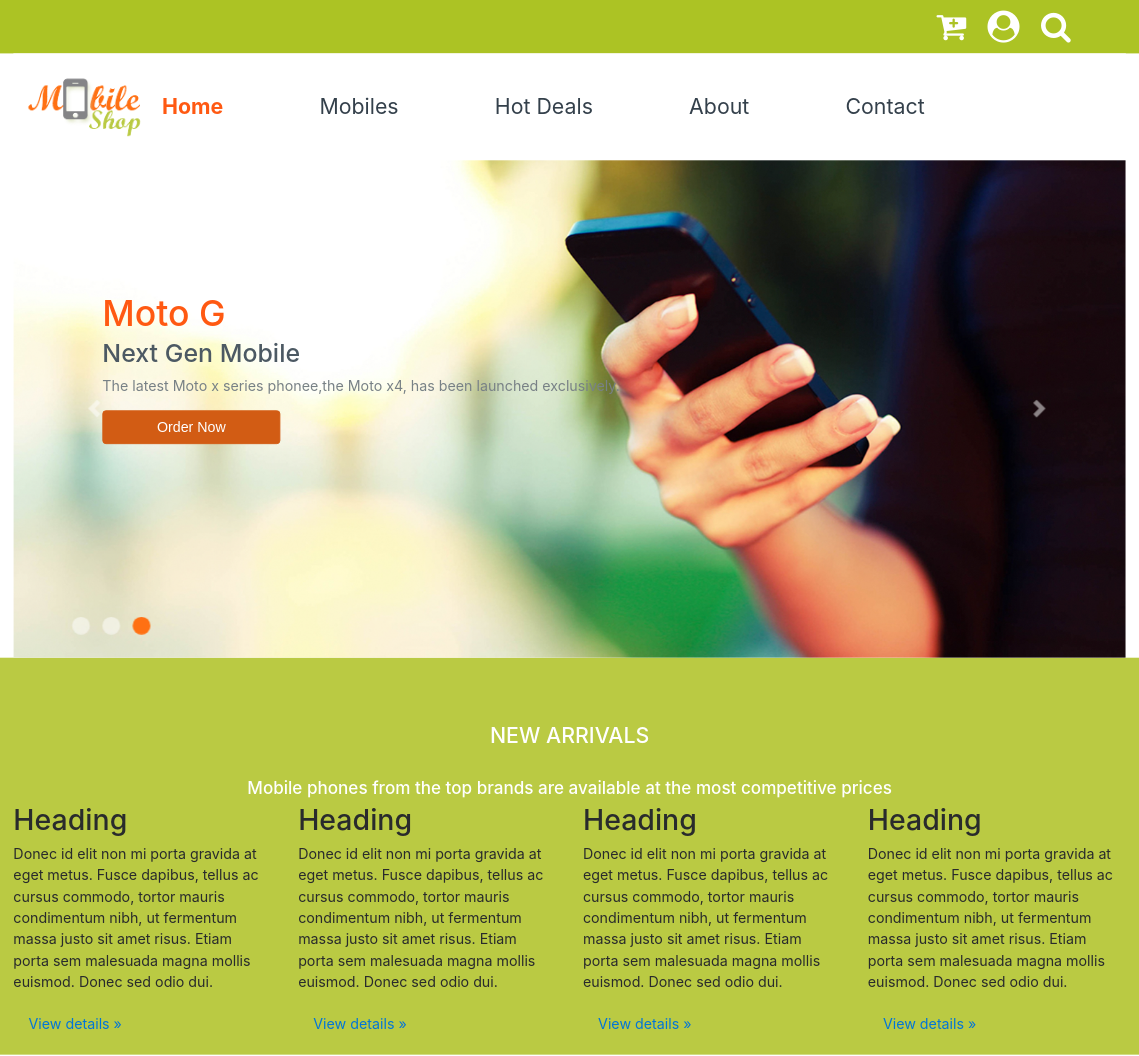
Repository: rajmohanr/mobile
Page: index.html
These files come from the project's save history. The page is drawn as it stood at one moment and after the next save; the edit follows.
The browser window is 1280 px wide. The pictures show the whole page, at 89% of full size.

Above is the page before, as saved 2018-03-31 13:35:13.
Console error (its wording comes from the project's code and is left out).

### index.html
<!DOCTYPE html>
<html lang="en">
  <head>
    <meta charset="utf-8">
    <meta http-equiv="X-UA-Compatible" content="IE=edge">
    <meta name="viewport" content="width=device-width, initial-scale=1">

    <title>Bootstrap 4, from LayoutIt!</title>

    <meta name="description" content="Source code generated using layoutit.com">
    <meta name="author" content="LayoutIt!">

    <link href="css/bootstrap.min.css" rel="stylesheet">
	<link href="css/style.css" rel="stylesheet">
	<link rel="stylesheet" href="https://cdnjs.cloudflare.com/ajax/libs/font-awesome/4.7.0/css/font-awesome.min.css">

  </head>
  <body>

    <div class="container-fluid">
	<div class="row">
		<div class="col-md-12">
			<div class="row">
				<div class="col-md-12 top-bar">
					<a href="#" class="top-bar-icons last-icon"><i class="fa fa-search"  style="font-size:36px;color:white;"></i></a>
					<a href="#" class="top-bar-icons"><i class="fa fa-user-circle"  style="font-size:36px;color:white;"></i></a>
					<a href="#" class="top-bar-icons"><i class="fa fa-cart-plus"  style="font-size:36px;color:white;"></i></a>
				</div>
			</div>
			<nav class="navbar navbar-toggleable-md navbar-light bg-faded">

				<button class="navbar-toggler navbar-toggler-right" type="button" data-toggle="collapse" data-target="#bs-example-navbar-collapse-1">
					<span class="navbar-toggler-icon"></span>
				</button> <a class="navbar-brand" href="#"><img src="images/logo.png" /></a>
				<div class="collapse navbar-collapse" id="bs-example-navbar-collapse-1">
					<ul class="navbar-nav float-md-right">
						<li class="nav-item active">
							 <a class="nav-link" href="#">Home <span class="sr-only">(current)</span></a>
						</li>
						<li class="nav-item">
							 <a class="nav-link" href="#">Mobiles</a>
						</li>
						<li class="nav-item">
								<a class="nav-link" href="#">Hot Deals</a>
						</li>
						<li class="nav-item">
								<a class="nav-link" href="#">About</a>
						</li>
						<li class="nav-item">
								<a class="nav-link" href="#">Contact</a>
						</li>
					</ul>
				</div>
			</nav>

			<div class="row">
				<div class="col-md-12">
					<div class="carousel slide" id="carousel-452932">
						<ol class="carousel-indicators">
							<li data-slide-to="0" data-target="#carousel-452932">
							</li>
							<li data-slide-to="1" data-target="#carousel-452932">
							</li>
							<li data-slide-to="2" data-target="#carousel-452932" class="active">
							</li>
						</ol>
						<div class="carousel-inner">
							<div class="carousel-item">
								<img class="d-block w-100" alt="Carousel Bootstrap First" src="images/carosuel.png" />
								<div class="carousel-caption">
									<h4>
										Moto G
									</h4>
									<h3>
										Next Gen Mobile
									</h3>
									<p>
										The latest Moto x series phonee,the Moto x4, has been launched exclusively.
									</p>
									<button type="button" class="btn btn-primary">Order Now</button>
								</div>
							</div>
							<div class="carousel-item">
								<img class="d-block w-100" alt="Carousel Bootstrap Second" src="images/carosuel.png" />
								<div class="carousel-caption">
									<h4>
										Moto G
									</h4>
									<h3>
										Next Gen Mobile
									</h3>
									<p>
										The latest Moto x series phonee,the Moto x4, has been launched exclusively.
									</p>
									<button type="button" class="btn btn-primary">Order Now</button>
								</div>
							</div>
							<div class="carousel-item active">
								<img class="d-block w-100" alt="Carousel Bootstrap Third" src="images/carosuel.png" />
								<div class="carousel-caption">
									<h4>
										Moto G
									</h4>
									<h3>
										Next Gen Mobile
									</h3>
									<p>
										The latest Moto x series phonee,the Moto x4, has been launched exclusively.
									</p>
									<button type="button" class="btn btn-primary">Order Now</button>
								</div>
							</div>
						</div> <a class="carousel-control-prev" href="#carousel-452932" data-slide="prev"><span class="carousel-control-prev-icon"></span> <span class="sr-only">Previous</span></a> <a class="carousel-control-next" href="#carousel-452932" data-slide="next"><span class="carousel-control-next-icon"></span> <span class="sr-only">Next</span></a>
					</div>
				</div>
			</div>

		</div>
	</div>
	<div id="middle-wrapper" class="row">
		<div class="col-md-12">
			<div id="middle-title" class="row">
				<div class="col-md-12">
					<h1 class="text-center">
							NEW ARRIVALS
					</h1>
					<h2 class="text-center">
						Mobile phones from the top brands are available at the most competitive prices
					</h2>
				</div>
			</div>
			<div id="middle-box" class="row">
				<div class="col-md-3 middle-box-cont">
					<h2>
						Heading
					</h2>
					<p>
						Donec id elit non mi porta gravida at eget metus. Fusce dapibus, tellus ac cursus commodo, tortor mauris condimentum nibh, ut fermentum massa justo sit amet risus. Etiam porta sem malesuada magna mollis euismod. Donec sed odio dui.
					</p>
					<p>
						<a class="btn" href="#">View details »</a>
					</p>
				</div>
				<div class="col-md-3 middle-box-cont">
					<h2>
						Heading
					</h2>
					<p>
						Donec id elit non mi porta gravida at eget metus. Fusce dapibus, tellus ac cursus commodo, tortor mauris condimentum nibh, ut fermentum massa justo sit amet risus. Etiam porta sem malesuada magna mollis euismod. Donec sed odio dui.
					</p>
					<p>
						<a class="btn" href="#">View details »</a>
					</p>
				</div>
				<div class="col-md-3 middle-box-cont">
					<h2>
						Heading
					</h2>
					<p>
						Donec id elit non mi porta gravida at eget metus. Fusce dapibus, tellus ac cursus commodo, tortor mauris condimentum nibh, ut fermentum massa justo sit amet risus. Etiam porta sem malesuada magna mollis euismod. Donec sed odio dui.
					</p>
					<p>
						<a class="btn" href="#">View details »</a>
					</p>
				</div>
				<div class="col-md-3 middle-box-cont">
					<h2>
						Heading
					</h2>
					<p>
						Donec id elit non mi porta gravida at eget metus. Fusce dapibus, tellus ac cursus commodo, tortor mauris condimentum nibh, ut fermentum massa justo sit amet risus. Etiam porta sem malesuada magna mollis euismod. Donec sed odio dui.
					</p>
					<p>
						<a class="btn" href="#">View details »</a>
					</p>
				</div>
			</div>
		</div>
	</div>
	<div class="row">
		<div class="col-md-12">
		</div>
	</div>
</div>

    <script src="js/jquery.min.js"></script>
    <script src="js/bootstrap.min.js"></script>
    <script src="js/scripts.js"></script>
  </body>
</html>

### css/style.css
.top-bar{
    height: 60px;
    background-color: #acc324;
}

.top-bar-icons{
    float: right;
    padding: 12px;
    position: relative;
}

.last-icon{
    margin-right: 50px;
}

.navbar{
    height: 120px;
    background-color: #fff;
}

.navbar-light .navbar-nav .active>.nav-link, .navbar-light .navbar-nav .nav-link.active, .navbar-light .navbar-nav .nav-link.open, .navbar-light .navbar-nav .open>.nav-link{
    color: #ff5912!important;
    font-weight: bold;
    font-size: 24px;
}

.navbar-nav .nav-link{
    padding-right: 100px!important;
}

.navbar-light .navbar-nav .nav-link{
    color: #34404b!important;
    font-size: 24px;
}

.carousel-caption{
    text-align: left!important;
    left: 100px!important;
    bottom: 0px!important;
    top:130px!important;
}

.carousel-caption h4{
    color: #ff5912!important;
    font-size: 2.5rem!important;
}

.carousel-caption h3{
    color: #4C5963!important;
}

.carousel-caption p{
    color: #788186!important;
}
.btn-primary{
    color: #fff;
    background-color: #D25C14!important;
    border-color: #D25C14!important;
    width: 200px;
}

.carousel-indicators li {
    border-radius: 12px;
    width: 20px;
    height: 20px;
    max-width: 20px!important;
    margin-right: 1%;
}
.carousel-indicators {
    margin-right: 5%!important;
    margin-left: 5%!important;
    justify-content: left!important;
}

.carousel-indicators .active {
    background-color: #FF7013!important;
}

#middle-wrapper{
    background-color: #BACA43;
}

#middle-title h1{
    font-size: 1.5rem;
    color: #fff;
    margin-top: 75px;
}

#middle-title h2{
    font-size: 1.2rem;
    color: #fff;
    margin-top: 35px;
}

Loaded but not shown: css/bootstrap.min.css (library); js/jquery.min.js (library); js/bootstrap.min.js (library); js/scripts.js (common file)

After the next save:
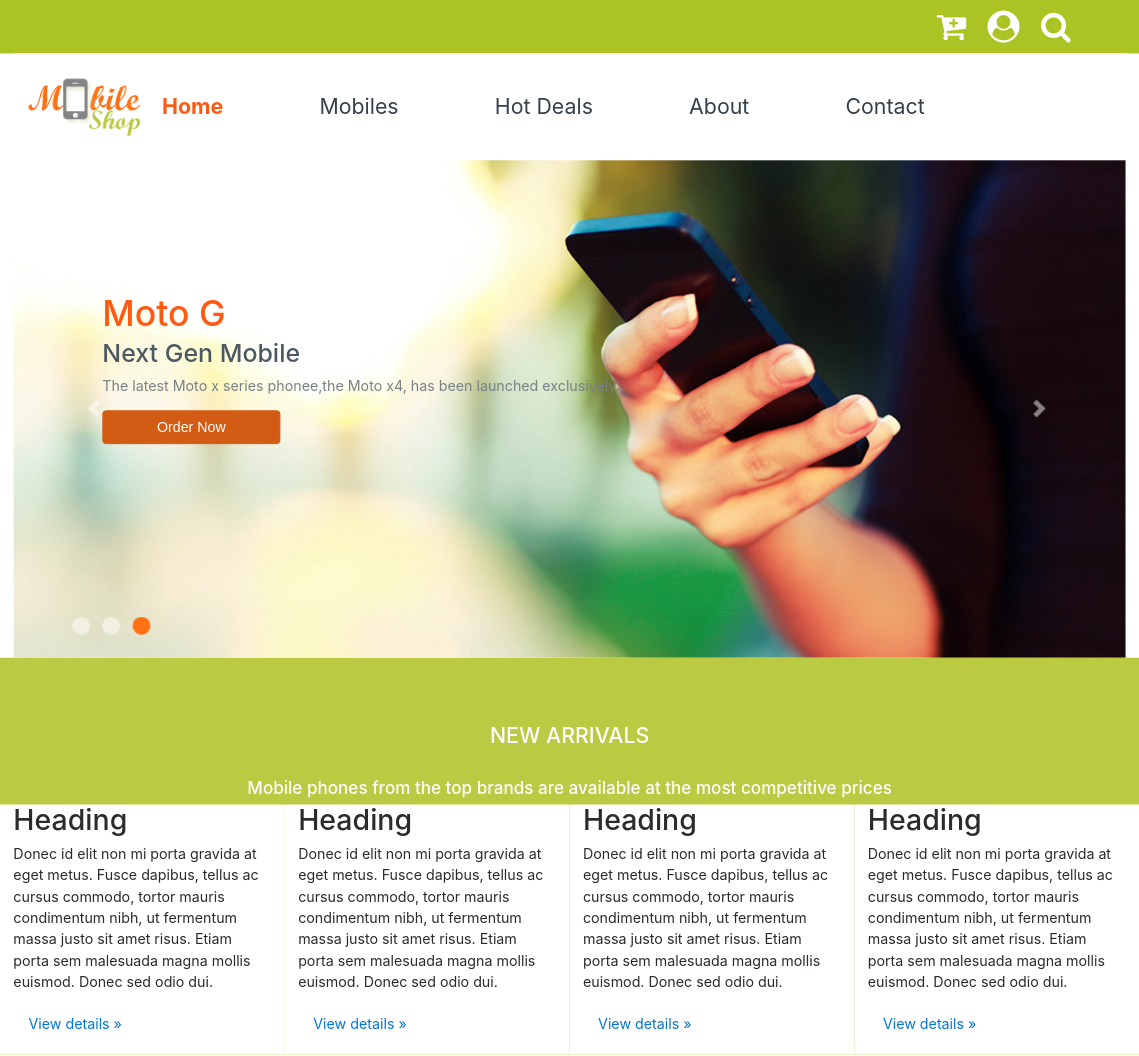
Saved 50 s later.
--- a/css/style.css
+++ b/css/style.css
@@ -91,3 +91,7 @@
     color: #fff;
     margin-top: 35px;
 }
+
+.middle-box-cont{
+    background-color: #fff;
+}
